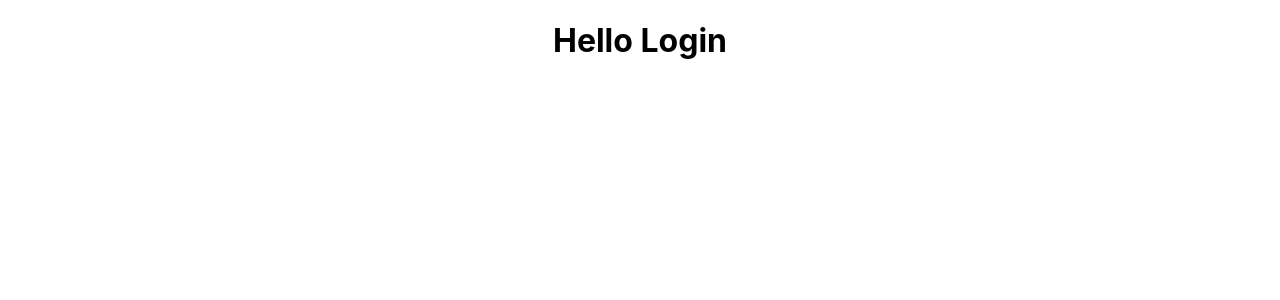
Repository: DerickT02/videoapp
Page: /login (app in frontend/)
These files come from the project's save history. The page is drawn as it stood at one moment and after the next save; the edit follows.
The browser window is 1280 px wide. The pictures show the whole page.
The project was rebuilt for these pictures with package versions that can differ from the ones it lists, and the page was loaded fresh each time. Also part of the build but not shown: frontend/src/components/Homepage.js, frontend/src/components/Room.js.

Above is the page before, as saved 2022-02-24 15:26:38.

### frontend/src/App.js
import { BrowserRouter, Routes, Route} from 'react-router-dom'
import Login from './components/Login'
import Homepage from './components/Homepage';
import Room from './components/Room'
import './App.css';

function App() {
  return (
    <div className="App">
        <BrowserRouter>
          <Routes>
            <Route path = "/login" element = {<Login />}/>
            <Route path = "/" element = {<Homepage />}/>
            <Route path = "room/:id" element = {<Room/>}/>
          </Routes>
        </BrowserRouter>
    </div>
  );
}

export default App;

### frontend/src/components/Login.js
function Login(){
    return(
    <div>
        <h1>Hello Login</h1>
    </div>
    )
}

export default Login

Loaded but not shown: frontend/public/index.html (common file); frontend/src/index.js (common file); frontend/src/index.css (common file); frontend/src/App.css (common file)

After the next save:
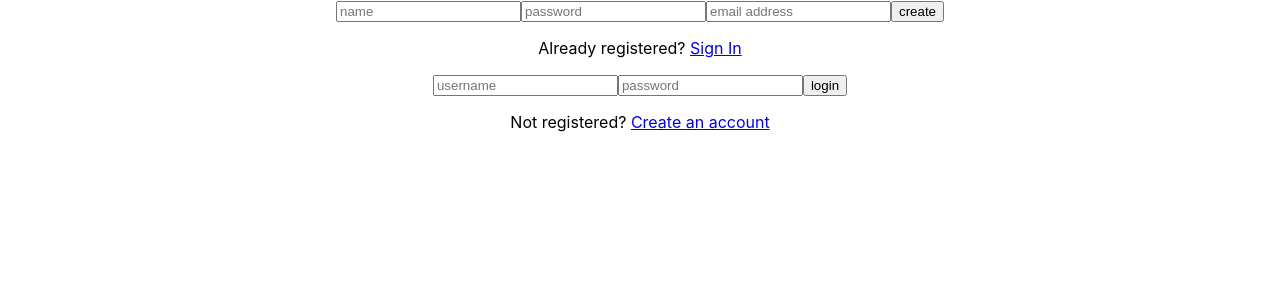
Saved 3 min 1 s later.
--- a/frontend/src/components/Login.js
+++ b/frontend/src/components/Login.js
@@ -1,8 +1,22 @@
 function Login(){
     return(
-    <div>
-        <h1>Hello Login</h1>
-    </div>
+        <div class="login-page">
+        <div class="form">
+          <form class="register-form">
+            <input type="text" placeholder="name"/>
+            <input type="password" placeholder="password"/>
+            <input type="text" placeholder="email address"/>
+            <button>create</button>
+            <p class="message">Already registered? <a href="#">Sign In</a></p>
+          </form>
+          <form class="login-form">
+            <input type="text" placeholder="username"/>
+            <input type="password" placeholder="password"/>
+            <button>login</button>
+            <p class="message">Not registered? <a href="#">Create an account</a></p>
+          </form>
+        </div>
+      </div>
     )
 }
 
